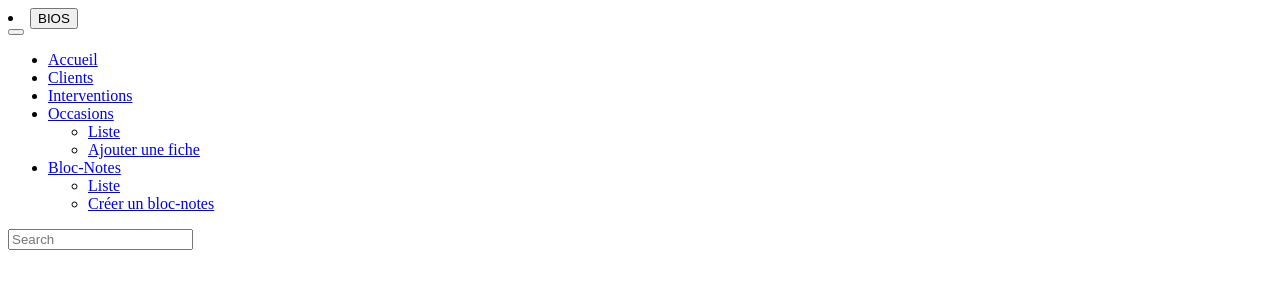
Repository: DSkillz/ABCDepanPC_Interventions
Page: menu.html
The author's editor kept a copy of each file at every save. The page is drawn from the files as they stood at one save, then again after the next save.
The browser window is 1280 px wide. The pictures show the whole page.

Above is the page before, as saved 2022-04-30 01:23:48.

After the next save:
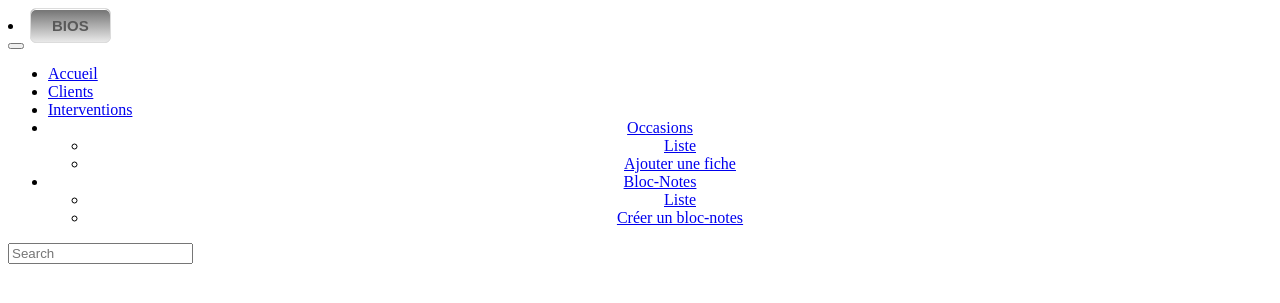
Saved 14 s later.
--- a/menu.html
+++ b/menu.html
@@ -1,5 +1,33 @@
 <style>
+	nav {
+    min-height: 100px;
+}
 
+.dropdown {
+    text-align: center;
+}
+
+.dropdown:hover .dropdown-menu {
+    display: block;
+    margin-top: 0;
+ }
+
+.myButton {
+  box-shadow: inset 0px 1px 0px 0px #ffffff;
+  background: linear-gradient(to bottom, #777 5%, #e9e9e9 100%);
+    background-color: rgba(0, 0, 0, 0);
+  background-color: #a0a0a0;
+  border-radius: 6px;
+  border: 1px solid #dcdcdc;
+  display: inline-block;
+  cursor: pointer;
+  color: #595959;
+  font-family: Arial;
+  font-size: 15px;
+  font-weight: bold;
+  padding: 8px 21px;
+  text-decoration: none;
+}
 </style>
 <nav class="navbar navbar-expand-md navbar-dark bg-dark bg-gradient headroom animated">
     <div class="container-fluid justify-content-center">

After the 4 saves that followed:
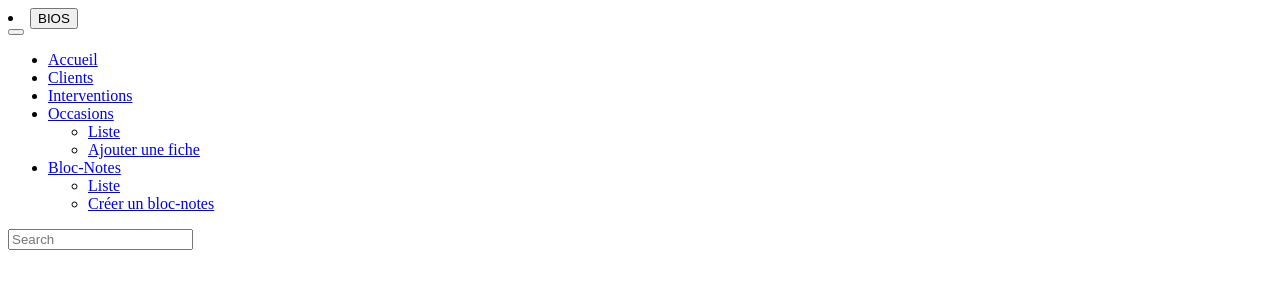
The 4 saves are shown as one change because they came seconds apart.
The last was saved 50 s later.
--- a/menu.html
+++ b/menu.html
@@ -1,34 +1,3 @@
-<style>
-	nav {
-    min-height: 100px;
-}
-
-.dropdown {
-    text-align: center;
-}
-
-.dropdown:hover .dropdown-menu {
-    display: block;
-    margin-top: 0;
- }
-
-.myButton {
-  box-shadow: inset 0px 1px 0px 0px #ffffff;
-  background: linear-gradient(to bottom, #777 5%, #e9e9e9 100%);
-    background-color: rgba(0, 0, 0, 0);
-  background-color: #a0a0a0;
-  border-radius: 6px;
-  border: 1px solid #dcdcdc;
-  display: inline-block;
-  cursor: pointer;
-  color: #595959;
-  font-family: Arial;
-  font-size: 15px;
-  font-weight: bold;
-  padding: 8px 21px;
-  text-decoration: none;
-}
-</style>
 <nav class="navbar navbar-expand-md navbar-dark bg-dark bg-gradient headroom animated">
     <div class="container-fluid justify-content-center">
         <li class="col justify-content-center">
